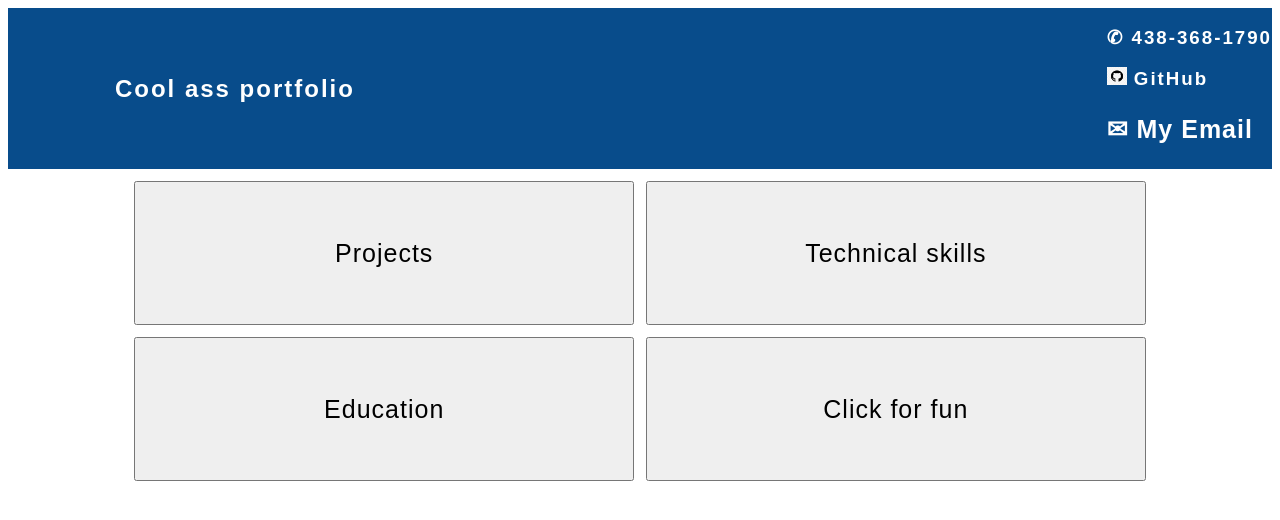
Repository: zackaroo20/zackaroo20
Page: index.html
These files come from the project's save history. The page is drawn as it stood at one moment and after the next save; the edit follows.
The browser window is 1280 px wide. The pictures show the whole page.

Above is the page before, as saved 2026-05-12 13:38:36.

### index.html
<!doctype html>
<html lang="en">
  <head>
    <meta charset="UTF-8" />
    <meta name="viewport" content="width=device-width, initial-scale=1.0" />
    <title>Document</title>
    <link rel="stylesheet" href="./styles/index.css" />
  </head>
  <header>
        <section id="cap">
            <h1 >Cool ass portfolio</h1>
        </section>
        <aside>
            <h3> ✆ 438-368-1790</h3>
            <h3><a href="https://github.com/zackaroo20"><img src="/assets/specs/GHicon.png  " alt="git hub logo"> GitHub</a></h3>
            <h3><a href="emailto:tomjerrysc@gmail.com"><p class = longemail>✉ My Email</p></a></h3>



        </aside>

    </header>
    <body>
      <section>
        <button><p>Projects</p></button>
        <button><p>Technical skills</p></button>
        <button><p>Education</p></button>
        <button><p>Click for fun</p></button>


      </section>




    </body>
  <body>
    <!-- TODO -->
  </body>
</html>

### styles/index.css
@page {
  size: A4;
  margin: 1cm;
}
@media screen and (min-width: 900px) {
 section,head {
 /* custom styles */
    min-width: 70%;
    max-width: 80%;
    margin: 0 auto;
 }
}

header {
  font-family: Arial, Helvetica, sans-serif;
  letter-spacing: 2px;
  background-color: #084c8b;
  color: white;
  display: flex;
  justify-content: space-between;
  align-items: center;
  margin-bottom: 12px;
}
#cap {
  display: flex;

  align-items: center;
  margin-left: 12px b;
}
p {
    font-family: Arial, Helvetica, sans-serif;
    letter-spacing: 1px;
    font-size: 25px;
}

section {
  display: grid;
  grid-template-columns: repeat(2, 1fr);
  gap: 12px;
}
img {
  background-color: transparent;

  width: 20px;
  height: 18px;
}
h3 a {
  text-decoration: none;
  color: inherit;
}
button {
  height: 20vh;
  width: 100%;
}

After the next save:
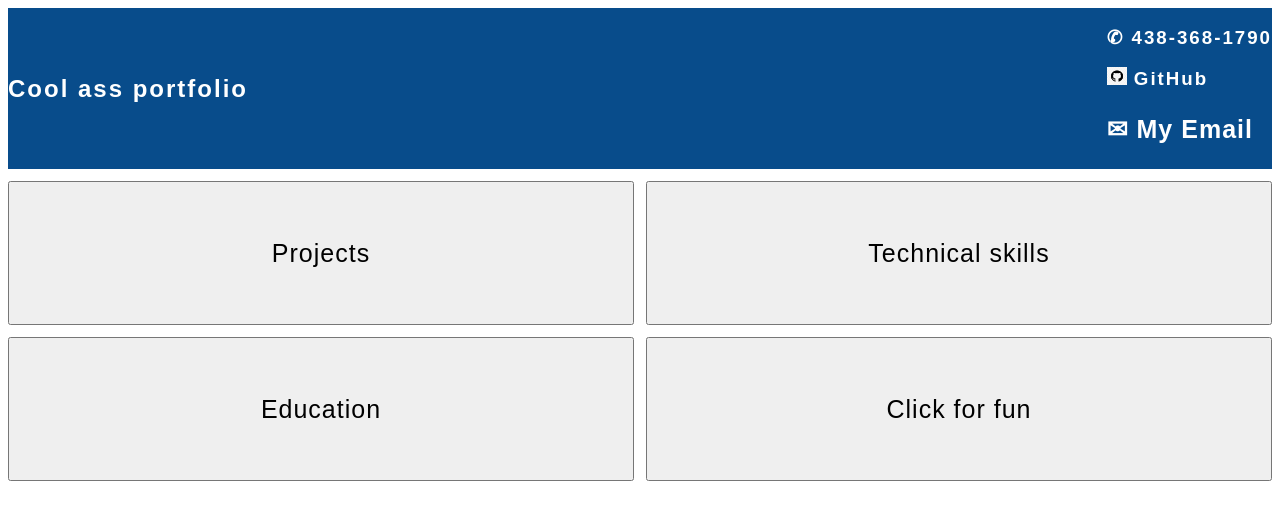
Saved 5 min 17 s later.
--- a/styles/index.css
+++ b/styles/index.css
@@ -2,12 +2,12 @@
   size: A4;
   margin: 1cm;
 }
-@media screen and (min-width: 900px) {
+@media screen and (min-width: ) {
  section,head {
  /* custom styles */
-    min-width: 70%;
-    max-width: 80%;
-    margin: 0 auto;
+
+    max-width: 70%;
+
  }
 }
 
